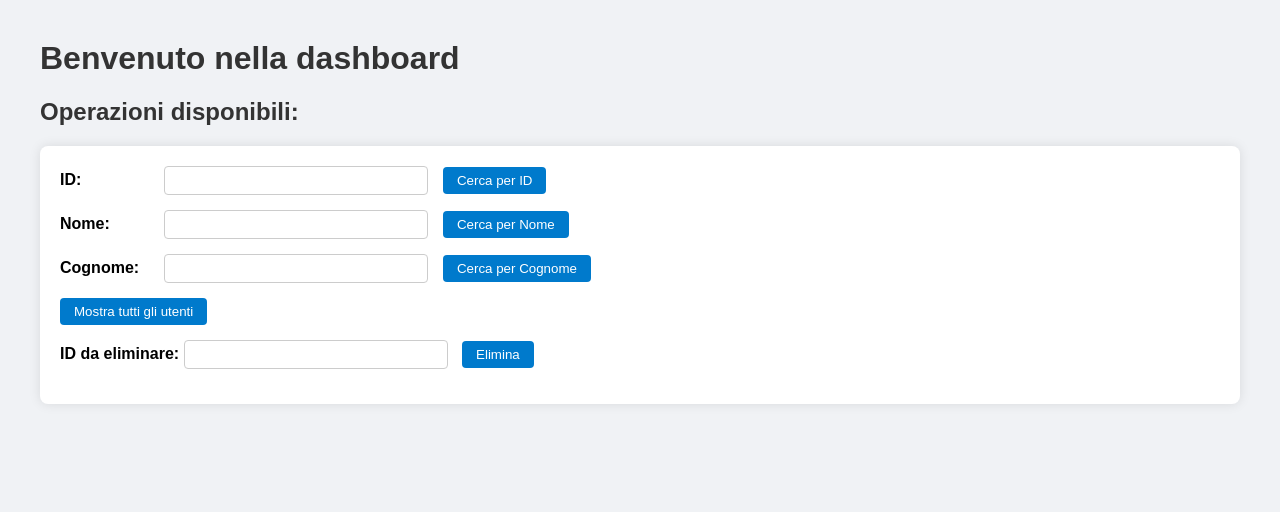
Repository: PcarloP/java_se
Page: http://localhost/anagraficaweb/dashboard.jsp
The author's editor kept a copy of each file at every save. The page is drawn from the files as they stood at one save, then again after the next save.
The browser window is 1280 px wide. The pictures show the whole page.
The page is served by Tomcat 10.

Above is the page before, as saved 2025-06-20 07:48:11.

After the next save:
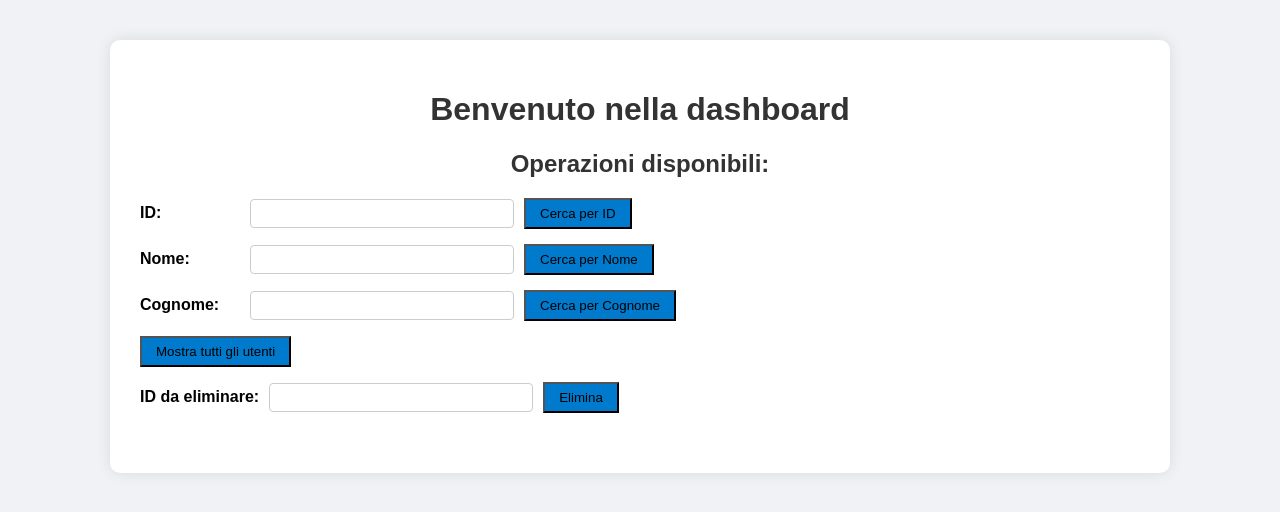
Saved 11 s later.
--- a/anagraficaweb/WebContent/dashboard.css
+++ b/anagraficaweb/WebContent/dashboard.css
@@ -1,26 +1,44 @@
 body {
   font-family: Arial, sans-serif;
   background-color: #f0f2f5;
-  margin: 40px;
+  margin: 0;
+  padding: 0;
+  display: flex;
+  justify-content: center;
+  align-items: flex-start;
+  min-height: 100vh;
+}
+
+.container {
+  width: 90%;
+  max-width: 1000px;
+  margin: 40px auto;
+  background-color: #ffffff;
+  padding: 30px;
+  border-radius: 10px;
+  box-shadow: 0 0 15px rgba(0,0,0,0.1);
 }
 
 h1, h2 {
+  text-align: center;
   color: #333;
 }
 
 .forms-container {
-  background-color: #ffffff;
-  padding: 20px;
-  border-radius: 8px;
-  box-shadow: 0 0 12px rgba(0, 0, 0, 0.1);
+  display: flex;
+  flex-direction: column;
+  gap: 15px;
+  margin-bottom: 30px;
 }
 
 form {
-  margin-bottom: 15px;
+  display: flex;
+  align-items: center;
+  gap: 10px;
+  flex-wrap: wrap;
 }
 
 label {
-  display: inline-block;
   min-width: 100px;
   font-weight: bold;
 }
@@ -30,39 +48,8 @@ input[type="text"] {
   width: 250px;
   border-radius: 4px;
   border: 1px solid #ccc;
-  margin-right: 10px;
 }
 
 button {
   padding: 6px 14px;
   background-color: #007acc;
-  color: white;
-  border: none;
-  border-radius: 4px;
-  cursor: pointer;
-}
-
-button:hover {
-  background-color: #005f99;
-}
-
-.results-container {
-  margin-top: 30px;
-  padding: 20px;
-  background-color: #ffffff;
-  border-radius: 8px;
-  box-shadow: 0 0 12px rgba(0, 0, 0, 0.1);
-}
-
-.results-container h2 {
-  margin-top: 0;
-  color: #007acc;
-}
-
-.results-frame {
-  width: 100%;
-  height: 500px;
-  border: 2px solid #007acc;
-  border-radius: 6px;
-  box-shadow: inset 0 0 5px rgba(0,0,0,0.1);
-}
